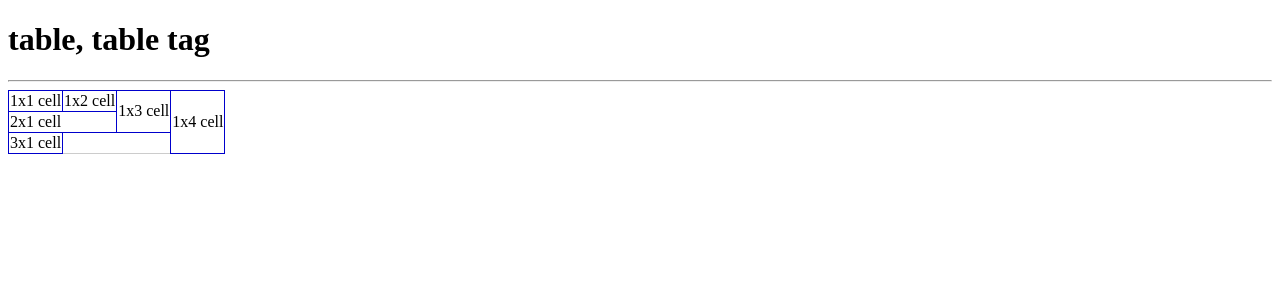
Repository: jihoonys82/weblec
Page: Front/WebContent/Ex01_HTML_tag/tagEx_08.html
An editor plug-in stored every save of this project. The page is shown before and after the next save, followed by the edit.
The browser window is 1280 px wide. The pictures show the whole page.

Above is the page before, as saved 2018-07-23 11:52:56.

After the next save:
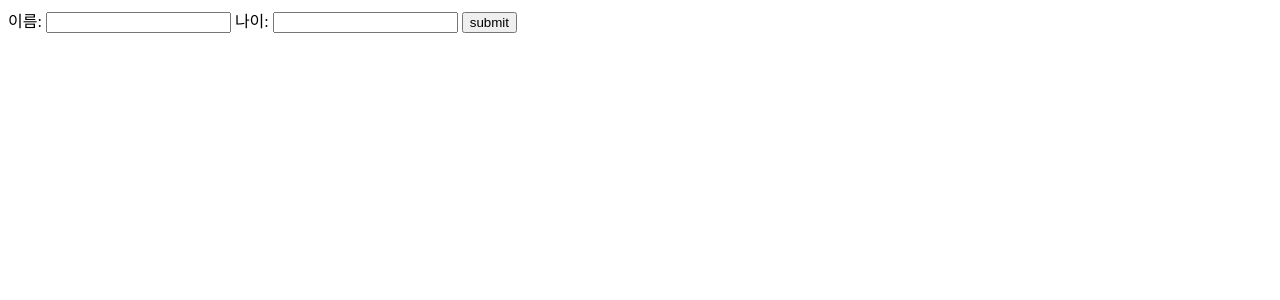
Saved 18 h 51 min later.
--- a/Front/WebContent/Ex01_HTML_tag/tagEx_08.html
+++ b/Front/WebContent/Ex01_HTML_tag/tagEx_08.html
@@ -5,44 +5,24 @@
 <title>Insert title here</title>
 
 <style type="text/css"> /* stylesheet, CSS */
-table { /* Table outside square */
-	border: 1px solid #ccc;
-
-	/* 테두리 겹치는 부분을 하나로 */
-	border-collapse: collapse;
-}
-
-th, td { /* each table data cell */
-	border: 1px solid #00C;
- }
-
 </style>
 
 </head>
 <body>
 
 <div>
-	<h1>table, table tag</h1>
-	<hr>
 
-	<table>
-		<tr>
-			<td>1x1 cell</td>
-			<td>1x2 cell</td>
-			<td rowspan='2'>1x3 cell</td>
-			<td rowspan='3'>1x4 cell</td>
-		</tr>
-		<tr>
-			<td colspan='2'>2x1 cell</td>
-<!-- 			<td>2x2 cell</td> -->
-		</tr>
-		<tr>
-			<td>3x1 cell</td>
-		</tr>
-	</table>
+<form action="#" method="get">
 
+	<!-- 전송할 데이터 작성 -->
+	이름: <input type="text" name="name" />
+	나이: <input type="text" name="age" />
 
+	<input type="button" value="submit" />
+
+</form>
 
 </div>
+
 </body>
 </html>
